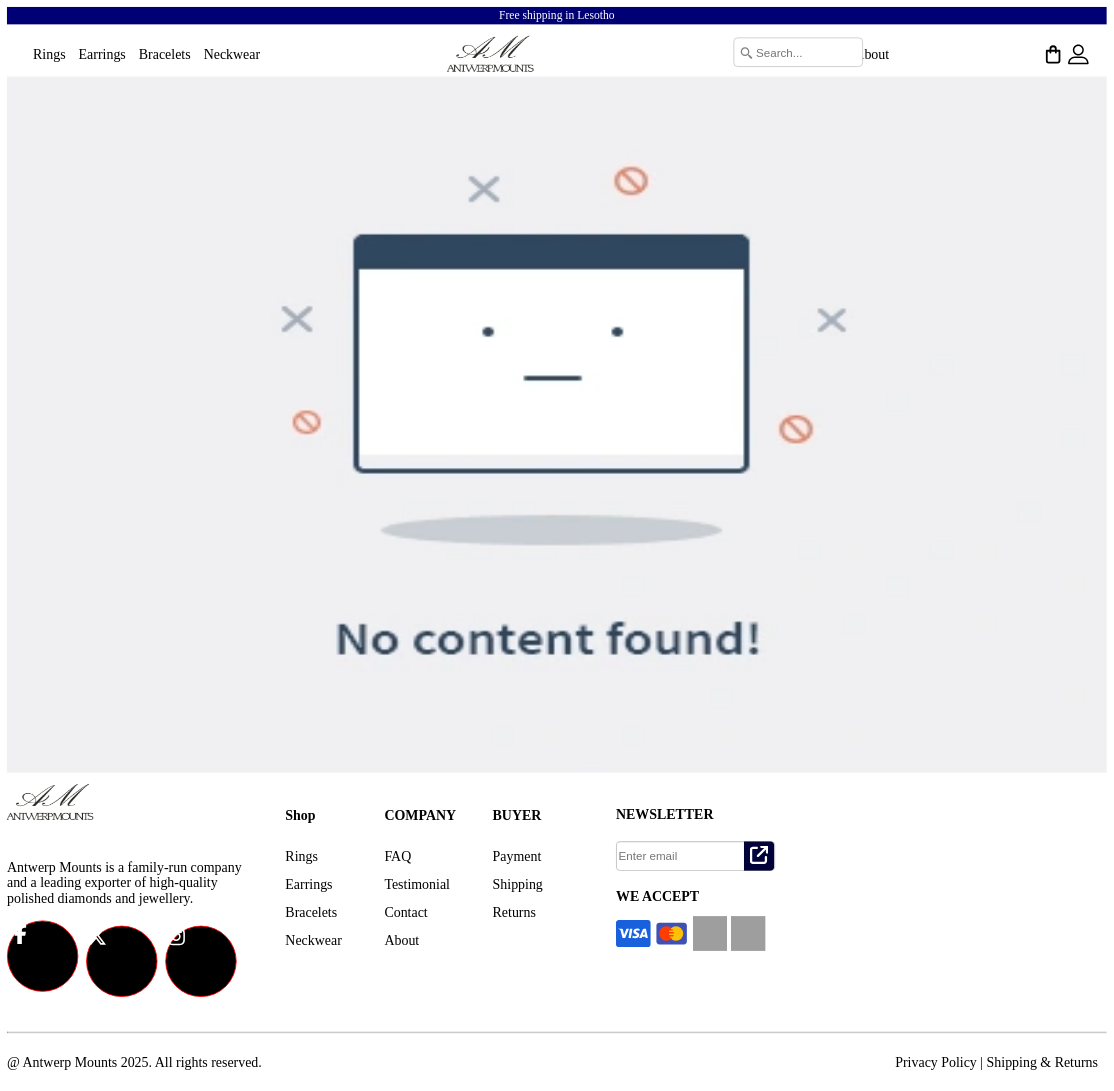
Repository: kea-0424/Web-Development-Project-1
Page: First_collaboration/JewelarySite.html
The author's editor kept a copy of each file at every save. The page is drawn from the files as they stood at one save, then again after a run of saves.
The browser window is 1280 px wide. The pictures show the whole page, at 87% of full size.
Pictures or frames that could not be fetched are drawn as grey boxes.

Above is the page before, as saved 2025-01-23 12:30:55.

After the next 2 saves:
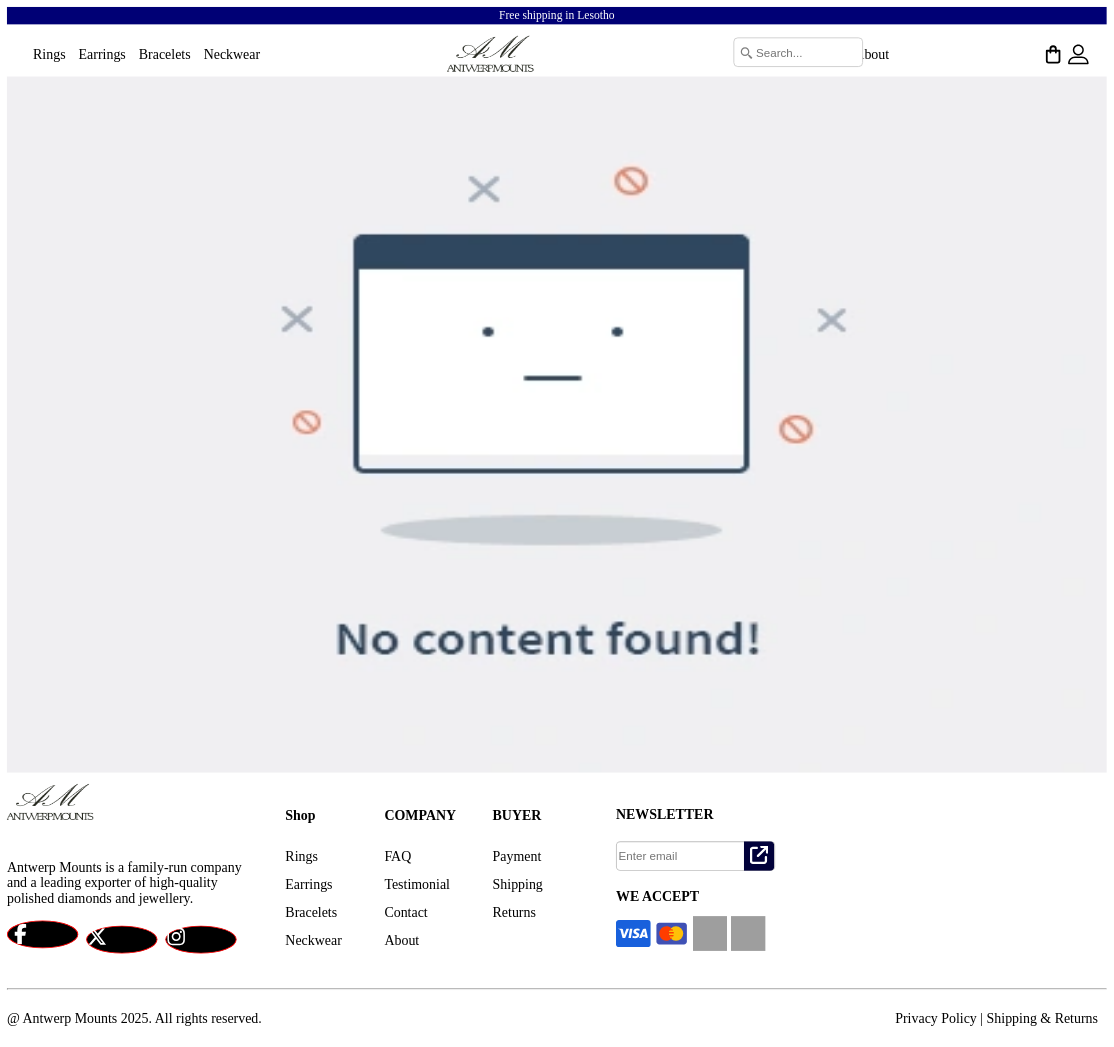
The 2 saves are shown as one change because they came seconds apart.
The last was saved 12 s later.
--- a/First_collaboration/JewelarySite.css
+++ b/First_collaboration/JewelarySite.css
@@ -109,7 +109,7 @@ main,.No_Content {
 .socials1, .socials2, .socials3 {
     border: 1px solid red;
     display: inline-block;
-    height: 80px;
+    height: 30px;
     width: 80px;
     background-color: black;
     border-radius: 50%;
